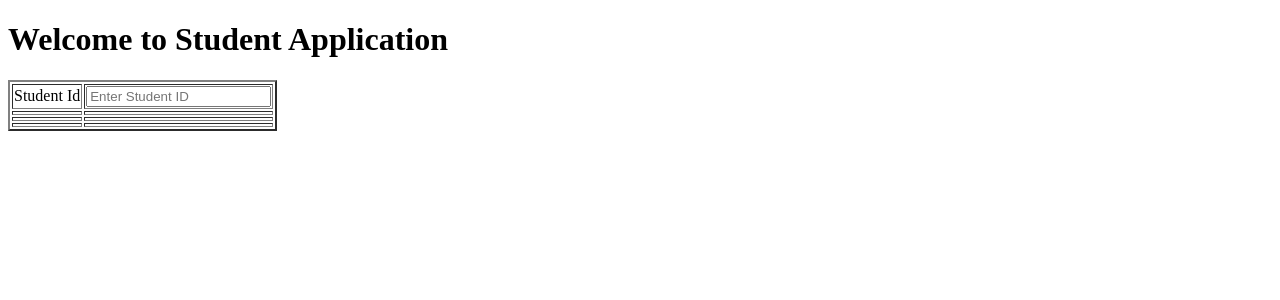
Repository: pathanking/srkr
Page: student-app/src/main/webapp/add-student.htm
An editor plug-in stored every save of this project. The page is shown before and after the next save, followed by the edit.
The browser window is 1280 px wide. The pictures show the whole page.

Above is the page before, as saved 2023-06-14 09:42:24.

### student-app/src/main/webapp/add-student.htm
<!DOCTYPE html>
<html>
<head>
<meta charset="windows-1256">
<title>Add Student</title>
</head>
<body>
	<h1>Welcome to Student Application</h1>

	<form action="">
		<table border="2px solid black">
			<tr>
				<td>Student Id</td>
				<td><input type="number" name="stdid" placeholder="Enter Student ID"> </td>
			</tr>
			<tr>
				<td></td>
				<td></td>
			</tr>
			<tr>
				<td></td>
				<td></td>
			</tr>
			<tr>
				<td></td>
				<td></td>
			</tr>
		</table>
	</form>


</body>
</html>

After the next save:
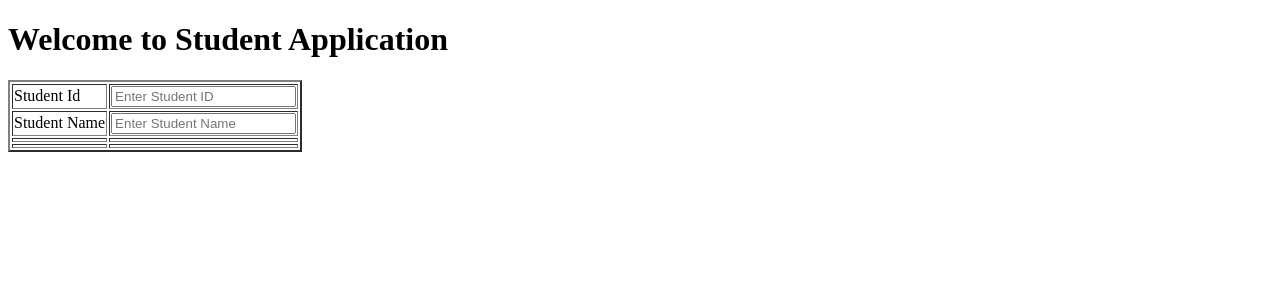
Saved 52 s later.
--- a/student-app/src/main/webapp/add-student.htm
+++ b/student-app/src/main/webapp/add-student.htm
@@ -14,8 +14,8 @@
 				<td><input type="number" name="stdid" placeholder="Enter Student ID"> </td>
 			</tr>
 			<tr>
-				<td></td>
-				<td></td>
+				<td>Student Name</td>
+				<td><input type="text" name="stdnm" placeholder="Enter Student Name"> </td>
 			</tr>
 			<tr>
 				<td></td>
